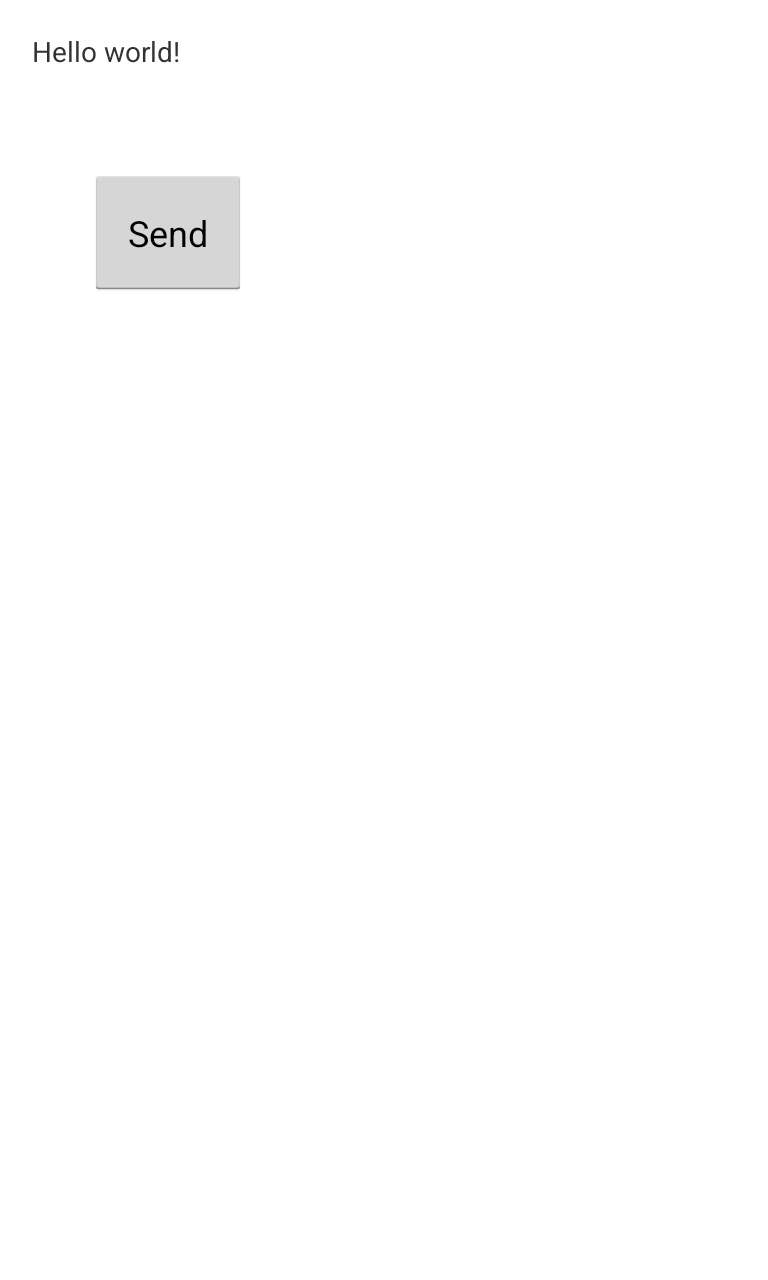
Repository: stefanyhurtado/Control2
Layout: Control5/res/layout/activity_main.xml
An editor plug-in stored every save of this project. The layout is shown before and after the next save, followed by the edit.
It is drawn on a 768 x 1280 px phone screen (xhdpi) without system bars, with theme AppTheme; the app's code is not run.

Above is the layout before, as saved 2013-10-23 17:09:23.

### Control5/res/layout/activity_main.xml
<RelativeLayout xmlns:android="http://schemas.android.com/apk/res/android"
    xmlns:tools="http://schemas.android.com/tools"
    android:layout_width="match_parent"
    android:layout_height="match_parent"
    android:paddingBottom="@dimen/activity_vertical_margin"
    android:paddingLeft="@dimen/activity_horizontal_margin"
    android:paddingRight="@dimen/activity_horizontal_margin"
    android:paddingTop="@dimen/activity_vertical_margin"
    tools:context=".MainActivity" >

    <TextView
         android:id="@+id/textView1"
        android:layout_width="wrap_content"
        android:layout_height="wrap_content"
        android:text="@string/hello_world" />

     <Button
        android:id="@+id/button1"
        android:layout_width="wrap_content"
        android:layout_height="wrap_content"
        android:layout_alignLeft="@+id/textView"
        android:layout_below="@+id/textView"
        android:layout_marginLeft="28dp"
        android:layout_marginTop="68dp"
        android:padding="20dip"
        android:onClick="doSomething"
        android:text="@string/Button1_send" />


</RelativeLayout>

### Control5/res/values/strings.xml
<?xml version="1.0" encoding="utf-8"?>
<resources>

    <string name="app_name">Control5</string>
    <string name="action_settings">Settings</string>
    <string name="hello_world">Hello world!</string>
    <string name="Button1_send">Send</string>
    <string name="textView">Oli</string>
</resources>

Loaded but not shown: Control5/res/values/styles.xml (common file); Control5/res/values-v11/styles.xml (common file); Control5/res/values-v14/styles.xml (common file); Control5/res/values/dimens.xml (common file)

After the next save:
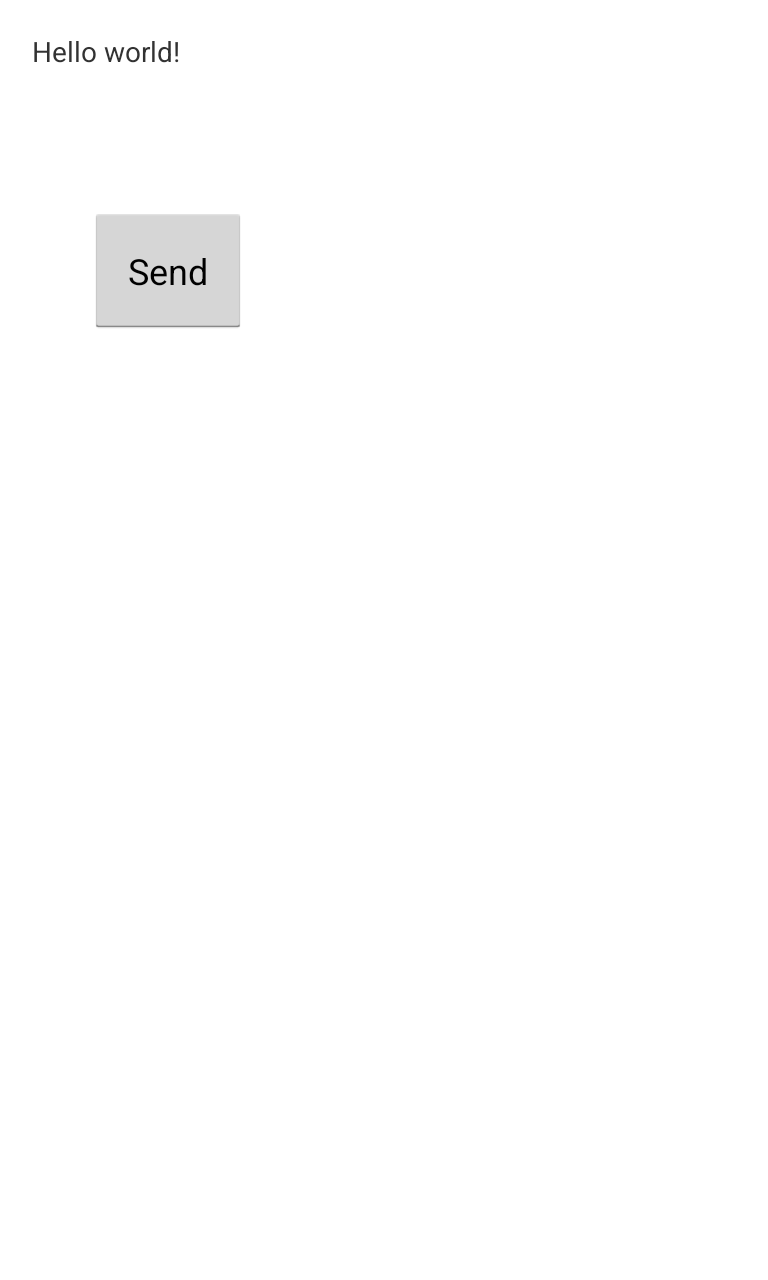
Saved 19 s later.
--- a/Control5/res/layout/activity_main.xml
+++ b/Control5/res/layout/activity_main.xml
@@ -18,8 +18,8 @@
         android:id="@+id/button1"
         android:layout_width="wrap_content"
         android:layout_height="wrap_content"
-        android:layout_alignLeft="@+id/textView"
-        android:layout_below="@+id/textView"
+        android:layout_alignLeft="@+id/textView1"
+        android:layout_below="@+id/textView1"
         android:layout_marginLeft="28dp"
         android:layout_marginTop="68dp"
         android:padding="20dip"
